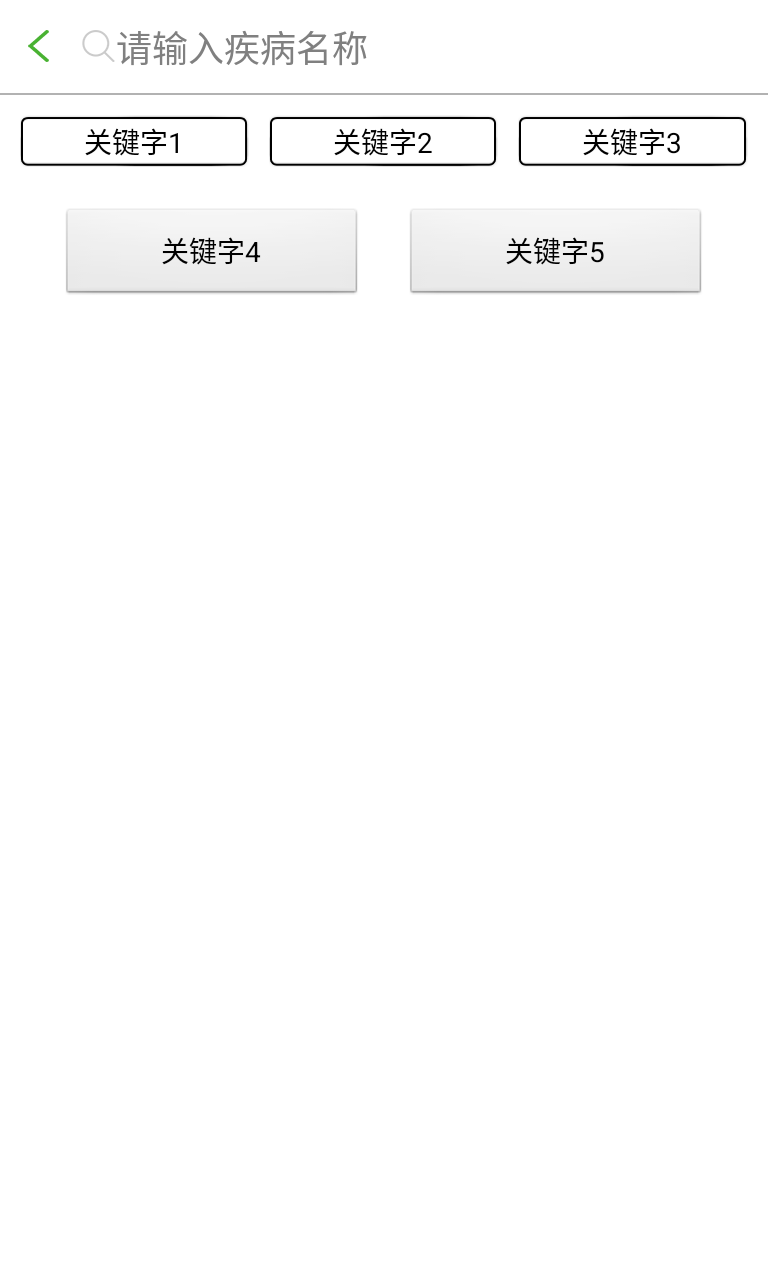
Repository: hjhlove110/XYApp
Layout: XYApp/res/layout/serache_view.xml
The author's editor kept a copy of each file at every save. The layout is drawn from the files as they stood at one save, then again after the next save.
It is drawn on a 768 x 1280 px phone screen (xhdpi) without system bars, with theme Translucent; the app's code is not run.

Above is the layout before, as saved 2015-09-23 05:44:47.

After the next save:
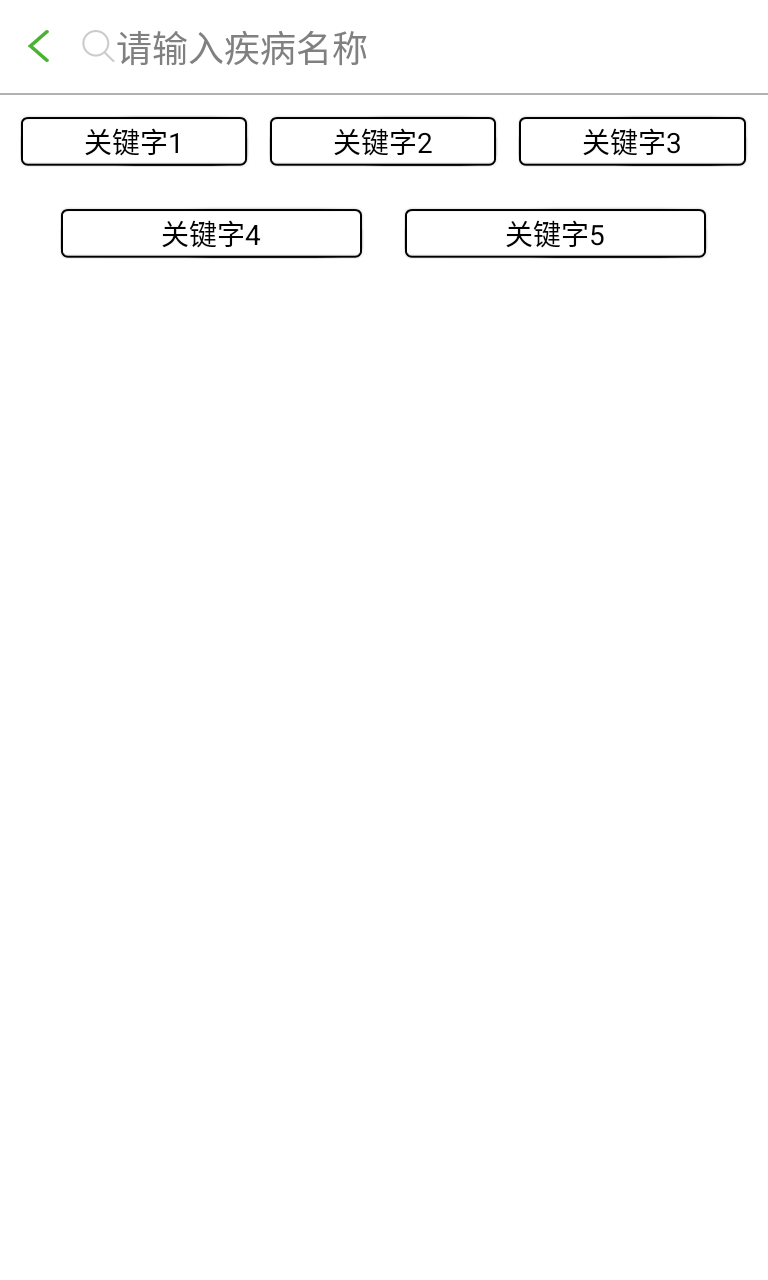
Saved 14 s later.
--- a/XYApp/res/layout/serache_view.xml
+++ b/XYApp/res/layout/serache_view.xml
@@ -80,6 +80,7 @@
             android:layout_height="wrap_content"
             android:layout_marginLeft="20dp"
             android:layout_weight="1"
+            android:background="@drawable/edittext_back"
             android:text="关键字4" />
 
         <Button
@@ -89,6 +90,7 @@
             android:layout_marginLeft="20dp"
             android:layout_marginRight="20dp"
             android:layout_weight="1"
+            android:background="@drawable/edittext_back"
             android:text="关键字5" />
     </LinearLayout>
 
